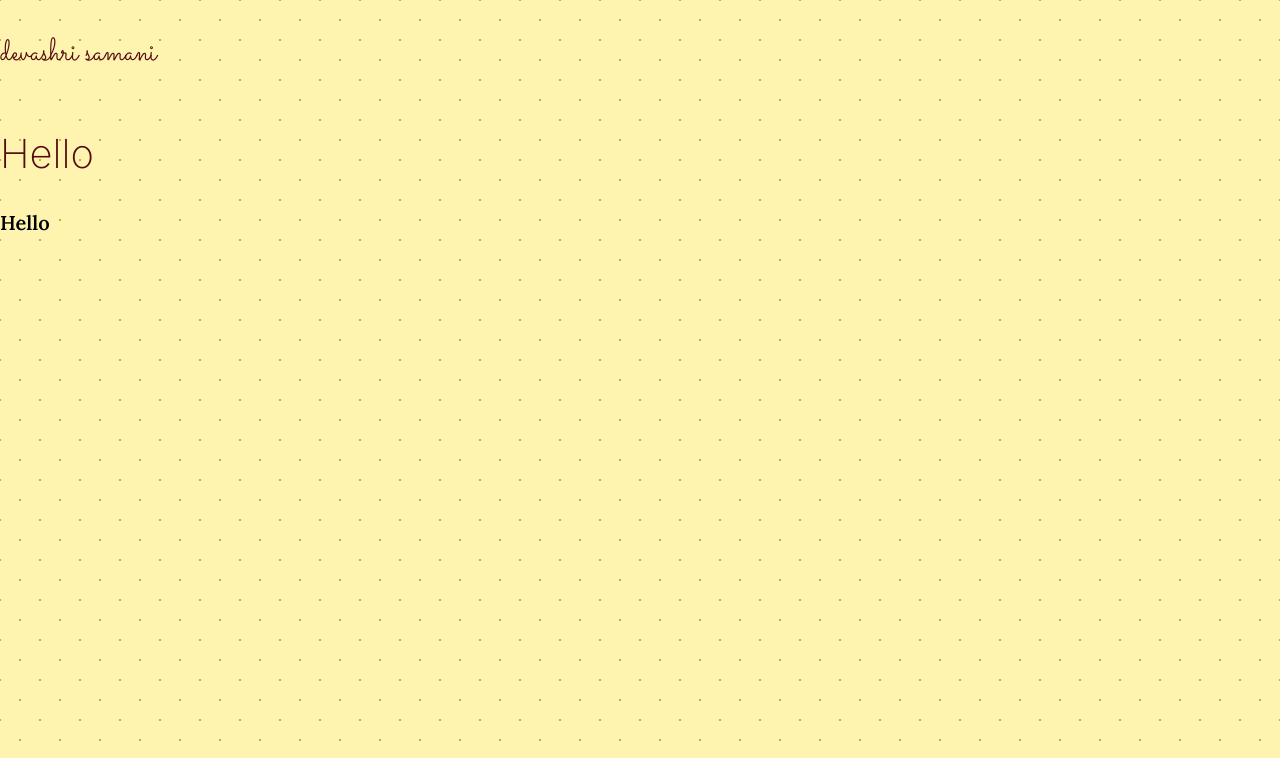
Repository: devashrisamani/devashrisamani.github.io
Page: index.html
An editor plug-in stored every save of this project. The page is shown before and after the next save, followed by the edit.
The browser window is 1280 px wide. The pictures show the whole page.

Above is the page before, as saved 2025-09-23 13:12:44.

### index.html
<!DOCTYPE html>
<html lang="en">
  <head>
    <meta charset="UTF-8" />
    <meta http-equiv="X-UA-Compatible" content="IE=edge" />
    <meta name="viewport" content="width=device-width, initial-scale=1.0" />
    <title>dev's portfolio</title>
    <link rel="preconnect" href="https://fonts.googleapis.com" />
    <link rel="preconnect" href="https://fonts.gstatic.com" crossorigin />
    <link
      href="https://fonts.googleapis.com/css2?family=Inter:ital,opsz,wght@0,14..32,100..900;1,14..32,100..900&family=Lora:ital,wght@0,400..700;1,400..700&family=Sacramento&display=swap"
      rel="stylesheet"
    />
    <link rel="stylesheet" href="/css/css_reset.css" />
    <link rel="stylesheet" href="/css/style.css" />
    <link rel="stylesheet" href="/css/base.css" />
    <link rel="stylesheet" href="/css/layout.css" />
    <link rel="stylesheet" href="/css/components.css" />
  </head>
  <body>
    <h2>devashri samani</h2>
    <h1>Hello</h1>
    <h4>Hello</h4>
  </body>
</html>

### css/css_reset.css
/* http://meyerweb.com/eric/tools/css/reset/
   v2.0 | 20110126
   License: none (public domain)
*/

html,
body,
div,
span,
applet,
object,
iframe,
h1,
h2,
h3,
h4,
h5,
h6,
p,
blockquote,
pre,
a,
abbr,
acronym,
address,
big,
cite,
code,
del,
dfn,
em,
img,
ins,
kbd,
q,
s,
samp,
small,
strike,
strong,
sub,
sup,
tt,
var,
b,
u,
i,
center,
dl,
dt,
dd,
ol,
ul,
li,
fieldset,
form,
label,
legend,
table,
caption,
tbody,
tfoot,
thead,
tr,
th,
td,
article,
aside,
canvas,
details,
embed,
figure,
figcaption,
footer,
header,
hgroup,
menu,
nav,
output,
ruby,
section,
summary,
time,
mark,
audio,
video {
  margin: 0;
  padding: 0;
  border: 0;
  font-size: 100%;
  font: inherit;
  vertical-align: baseline;
}
/* HTML5 display-role reset for older browsers */
article,
aside,
details,
figcaption,
figure,
footer,
header,
hgroup,
menu,
nav,
section {
  display: block;
}
body {
  line-height: 1;
}
ol,
ul {
  list-style: none;
}
blockquote,
q {
  quotes: none;
}
blockquote:before,
blockquote:after,
q:before,
q:after {
  content: "";
  content: none;
}
table {
  border-collapse: collapse;
  border-spacing: 0;
}

### css/style.css
/* CSS for Index Page */

:root {
  --font-sacramento: "Sacramento", cursive;
}

h2 {
  font-family: var(--font-sacramento);
}
body {
  margin: 0;
  padding: 0;
  min-height: 100vh;

  /* Background generated using - https://www.magicpattern.design/tools/css-backgrounds*/
  background-color: #fff3b0;
  background-image: radial-gradient(#e09f3e 1px, transparent 1px),
    radial-gradient(#e09f3e 1px, #fff3b0 1px);
  background-size: 40px 40px;
  background-position: 0 0, 20px 20px;
}

### css/base.css
/* Font Variables */
:root {
  --font-sacramento: "Sacramento", cursive;
  --font-lora: "Lora", serif;
  --font-inter: "Inter", serif;
}

/* Color Variables */
/* Change this as you go - along with the variable names and heading colors */

:root {
  /* --primary-color: #540b0e;
  --secondary-color: #6c757d; */
  --button-color-primary: #e09f3e; /* for buttons */
  --button-color-secondary: #fff3b0; /* for buttons */
  --heading-color-dark: #540b0e; /* for headings */
  --text-color-dark: #000814; /* for text */
  --text-color-light: #ffffff; /* for containers */
}
/* Background generated using - https://www.magicpattern.design/tools/css-backgrounds*/
body {
  margin: 0;
  padding: 0;
  min-height: 100vh;

  background-color: #fff3b0;
  background-image: radial-gradient(#e09f3e 1px, transparent 1px),
    radial-gradient(#e09f3e 1px, #fff3b0 1px);
  background-size: 40px 40px;
  background-position: 0 0, 20px 20px;
}

body {
  font-family: var(--font-lora);
  font-size: 100%;
}

h1 {
  font-family: var(--font-inter);
  font-size: 2.5rem;
  font-weight: 200;
  margin-top: 5%;
  margin-bottom: 3%;
  color: var(--heading-color-dark);
}

h2 {
  font-family: var(--font-sacramento);
  color: darkred;
  font-size: 2rem;
  font-weight: 400;
  margin-top: 3%;
  margin-bottom: 2%;
  color: var(--heading-color-dark);
}

h3 {
  font-size: 1.5rem;
  margin-top: 2%;
  margin-bottom: 2%;
  color: var(--text-color-dark);
}

h4 {
  font-size: 1.25rem;
  font-weight: 600;
  margin-top: 1%;
  margin-bottom: 1%;
}

p {
  font-size: 1.1rem;
  margin-top: 1%;
  margin-bottom: 1%;
  line-height: 1.2;
}

Loaded but not shown: css/components.css (no copy from this time; the picture is the same without it); css/layout.css (no copy from this time; the picture is the same without it)

After the next save:
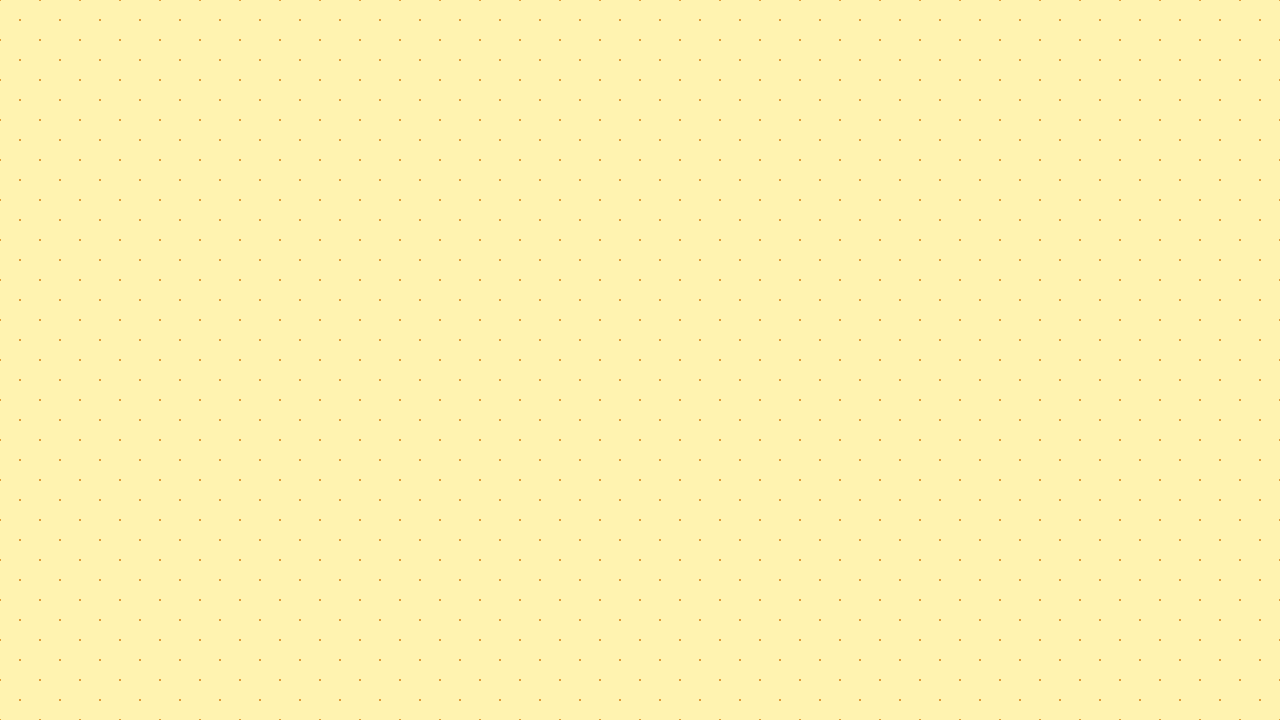
Saved 109 s later.
--- a/index.html
+++ b/index.html
@@ -18,8 +18,6 @@
     <link rel="stylesheet" href="/css/components.css" />
   </head>
   <body>
-    <h2>devashri samani</h2>
-    <h1>Hello</h1>
-    <h4>Hello</h4>
+    <main class="page container"></main>
   </body>
 </html>
